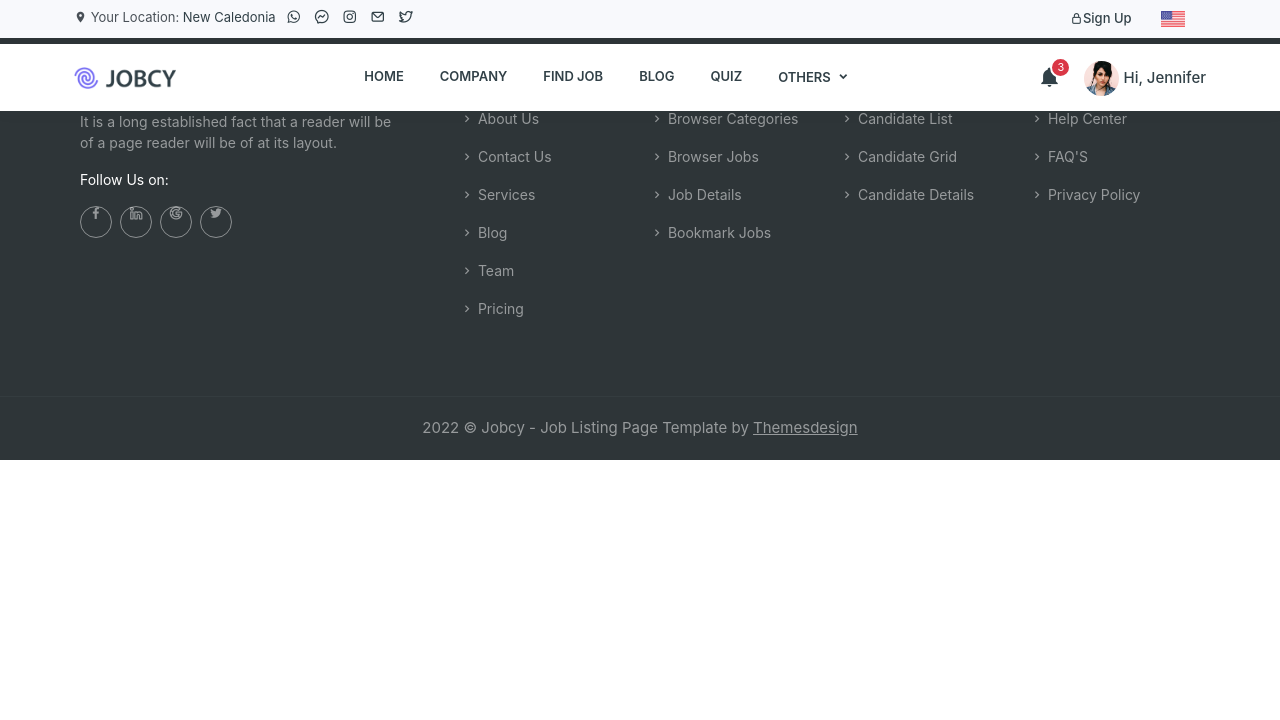
Repository: waflol/hrpm-frontend
Page: / (app in frontend/)
These files come from the project's save history. The page is drawn as it stood at one moment and after a run of saves; the edit follows.
The browser window is 1280 px wide. The pictures show the whole page.
The project was rebuilt for these pictures with package versions that can differ from the ones it lists, and the page was loaded fresh each time. Also part of the build but not shown: frontend/craco.config.js, frontend/src/shared/components/Navigations/LoginButton.jsx.

Above is the page before, as saved 2022-10-13 14:15:07.

After the next 2 saves:
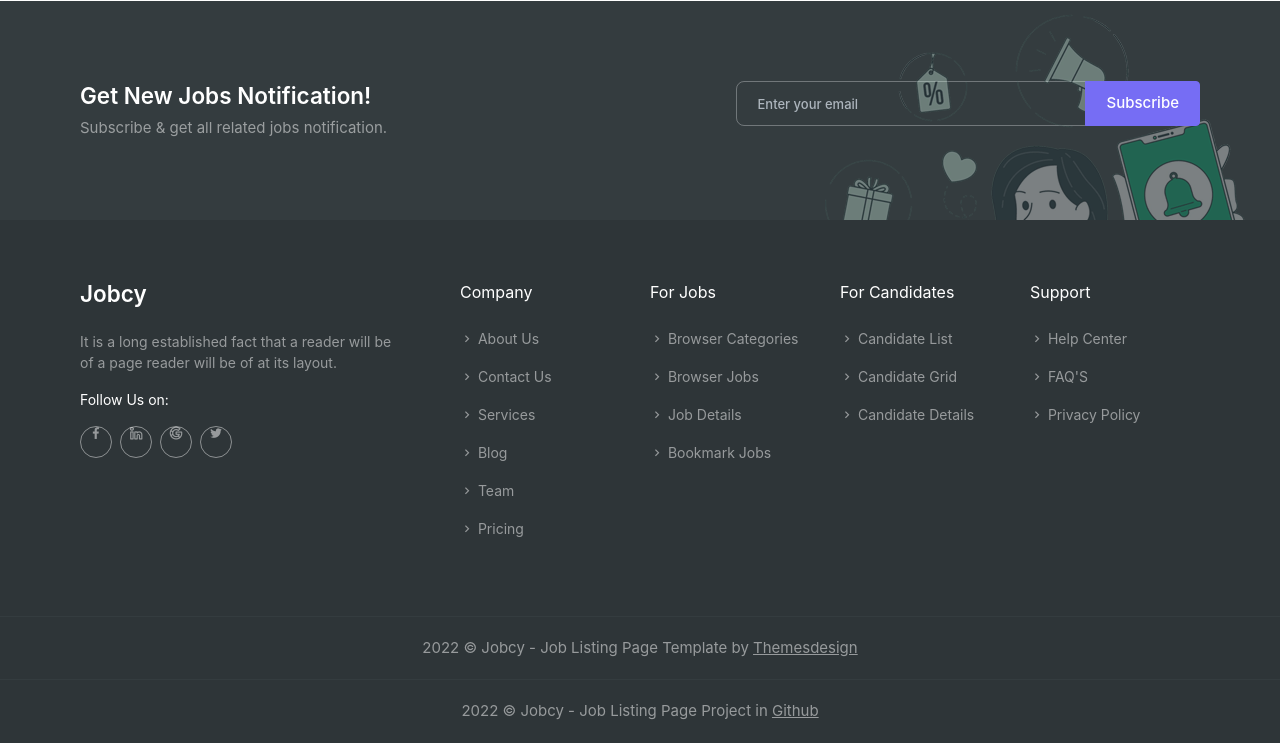
The 2 saves are shown as one change because 1 did not build or start.
The last was saved 31 s later.
--- a/frontend/src/App.js
+++ b/frontend/src/App.js
@@ -1,7 +1,7 @@
 import MainNavBar from './shared/components/Navigations/MainNavBar';
 import MainTopBar from './shared/components/TopBar/MainTopBar';
 import { BrowserRouter, Routes, Route } from 'react-router-dom';
-import MainFooter from './shared/components/Footer/MainFooter';
+import Footer from './shared/components/Footer';
 function App() {
   return (
     <div className="App">
@@ -11,9 +11,7 @@ function App() {
             path='/'
             element={
               <div>
-                <MainTopBar />
-                <MainNavBar />
-                <MainFooter/>
+                <Footer/>
               </div>
             }>
           </Route>
